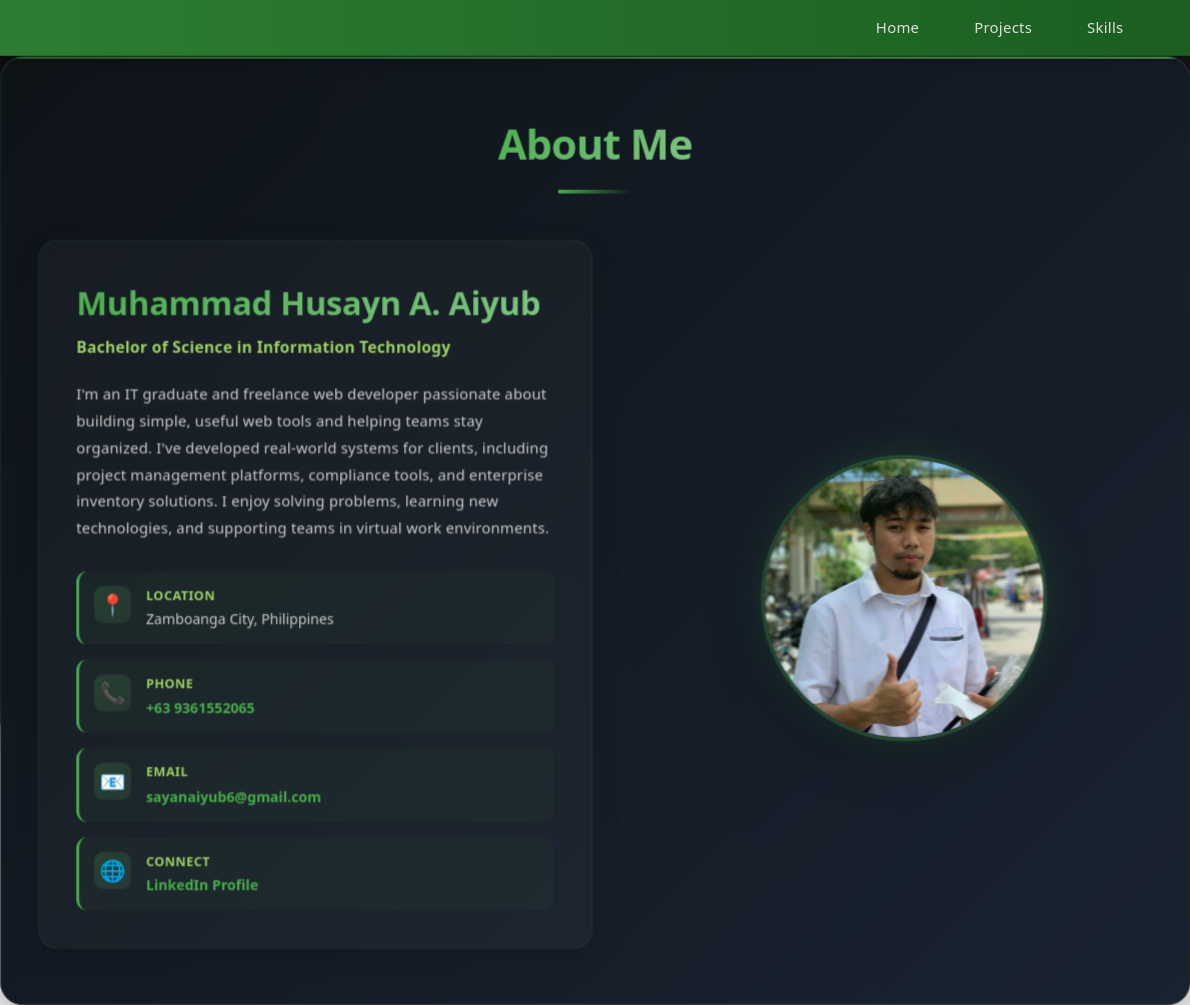
Repository: SAYANA11/portfolio
Page: /
These files come from the project's save history. The page is drawn as it stood at one moment and after the next save; the edit follows.
The browser window is 1280 px wide. The pictures show the whole page, at 93% of full size.
The project was rebuilt for these pictures with package versions that can differ from the ones it lists, and the page was loaded fresh each time. Also part of the build but not shown: vite.config.js, src/components/Projects.css, src/components/Projects.jsx, src/components/Skills.css, src/components/Skills.jsx.

Above is the page before, as saved 2026-02-17 16:32:16.

After the next save:
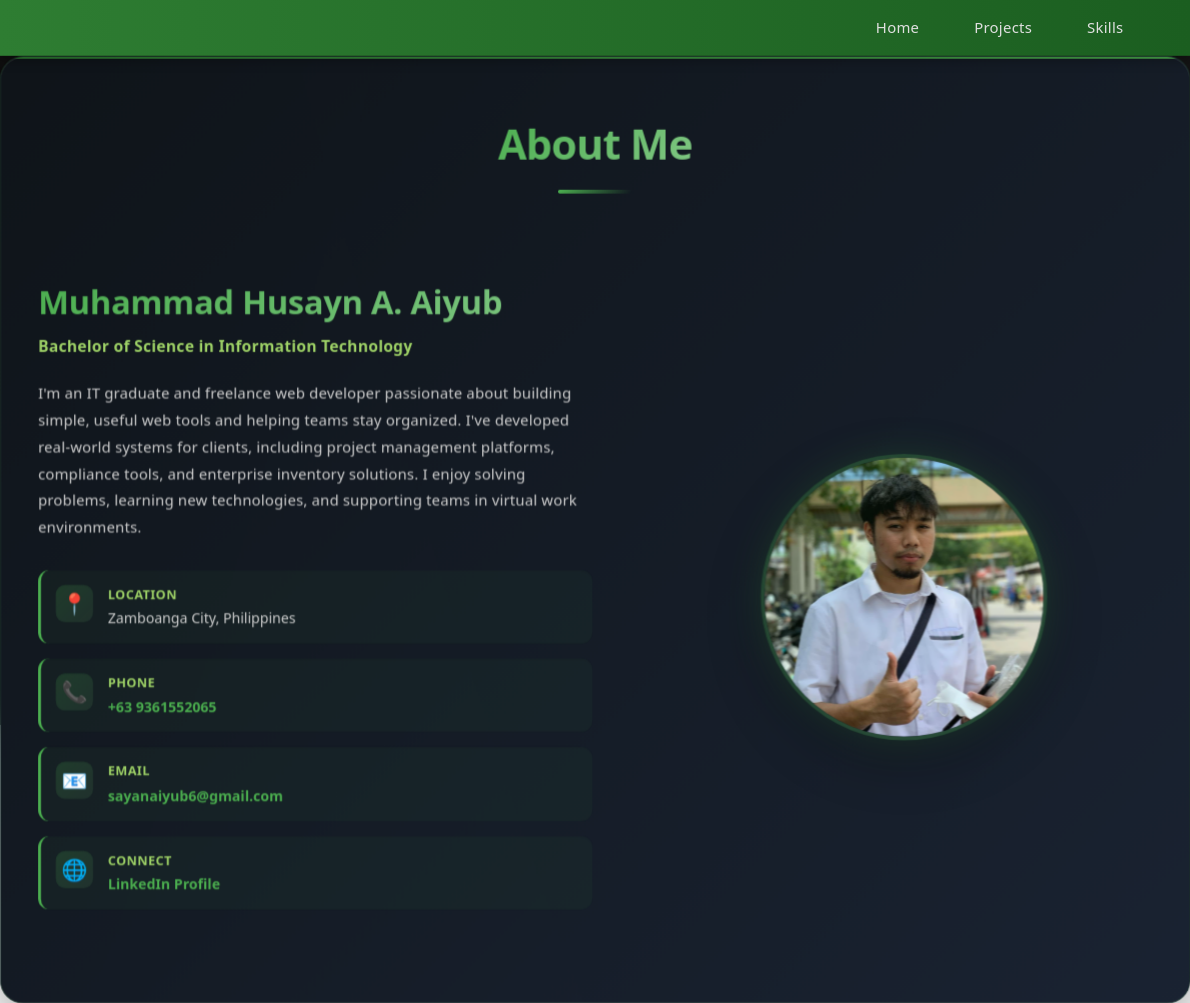
Saved 95 s later.
--- a/src/components/Hero.css
+++ b/src/components/Hero.css
@@ -125,20 +125,15 @@
 }
 
 .about-content-card {
-  background: rgba(255, 255, 255, 0.03);
-  backdrop-filter: blur(10px);
-  border: 1px solid rgba(76, 175, 80, 0.15);
+  background: transparent;
+  border: none;
   border-radius: 20px;
-  padding: 40px;
+  padding: 40px 0;
   transition: all 0.4s cubic-bezier(0.4, 0, 0.2, 1);
-  box-shadow: 0 8px 32px rgba(0, 0, 0, 0.15);
 }
 
 .about-content-card:hover {
-  background: rgba(255, 255, 255, 0.05);
-  border-color: rgba(76, 175, 80, 0.3);
-  box-shadow: 0 12px 48px rgba(76, 175, 80, 0.15);
-  transform: translateY(-5px);
+  transform: translateY(-3px);
 }
 
 .about-name {
